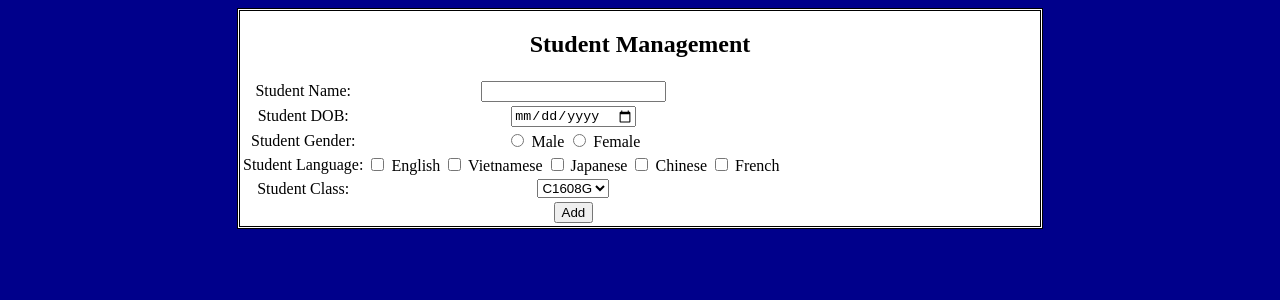
Repository: AnhDuc0125/HTML-Aptech
Page: exam/nextPage.html
An editor plug-in stored every save of this project. The page is shown before and after the next save, followed by the edit.
The browser window is 1280 px wide. The pictures show the whole page.

Above is the page before, as saved 2021-12-04 11:08:47.

### exam/nextPage.html
<!DOCTYPE html>
<html lang="en">
<head>
    <meta charset="UTF-8">
    <meta http-equiv="X-UA-Compatible" content="IE=edge">
    <meta name="viewport" content="width=device-width, initial-scale=1.0">
    <link rel="stylesheet" href="style1.css">
    <title>Document</title>
</head>
<body>
    <div class="main_body">
        <div class="input">
            <h2>Student Management</h2>
            <form action="">
                <table>
                    <tr>
                        <td><label for="">Student Name:</label></td>
                        <td><input type="text" id="name_id"></td>
                    </tr>
                    <tr>
                        <td><label for="">Student DOB:</label></td>
                        <td><input type="date"></td>
                    </tr>
                    <tr>
                        <td><label for="">Student Gender:</label></td>
                        <td> <div class="input_container">
                            <input type="radio" value="Male" id="gender1">
                            <label for="gender1">Male</label>
                            <input type="radio" value="Female" id="gender2">
                            <label for="gender2">Female</label>
                        </div></td>
                    </tr>
                    <tr>
                        <td> <label for="">Student Language:</label></td>
                        <td><div class="input_container">
                            <input type="checkbox" value="english" id="english_id">
                            <label for="english_id">English</label>
                            <input type="checkbox" value="vietnamese" id="vietnamese_id">
                            <label for="vietnamese_id">Vietnamese</label>
                            <input type="checkbox" value="japanese" id="japanese_id">
                            <label for="japanese_id">Japanese</label>
                            <input type="checkbox" value="chinese" id="chinese_id">
                            <label for="chinese_id">Chinese</label>
                            <input type="checkbox" value="french" id="french_id">
                            <label for="french_id">French</label>
                        </div></td>
                    </tr>
                    <tr>
                        <td> <label for="">Student Class:</label></td>
                        <td> <div class="input_container">
                            <select name="" id="class_id">
                                <option value="c1608g">C1608G</option>
                                <option value="c1208g">C2108L</option>
                            </select>
                        </div></td>
                    </tr>
                    <tr>
                        <td></td>
                        <td><button type="submit">Add</button></td>
                    </tr>
                </table>





            </form>
        </div>
    </div>
</body>
</html>

### exam/style1.css
body {
    background-color: darkblue;
}

.main_body {
    width: 800px;
    border: double 3px black;
    background-color: white;
    margin: 0 auto;
    text-align: center;
}

label {
    text-align:right;
}

After the next save:
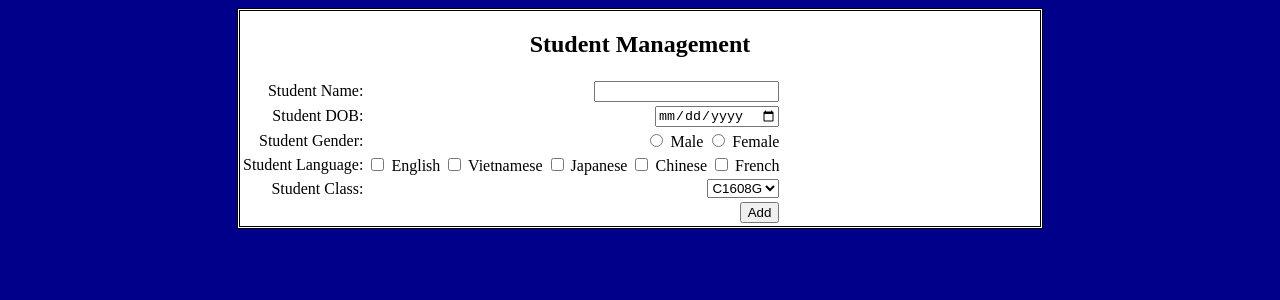
Saved 15 s later.
--- a/exam/style1.css
+++ b/exam/style1.css
@@ -10,6 +10,6 @@ body {
     text-align: center;
 }
 
-label {
+td {
     text-align:right;
 }
